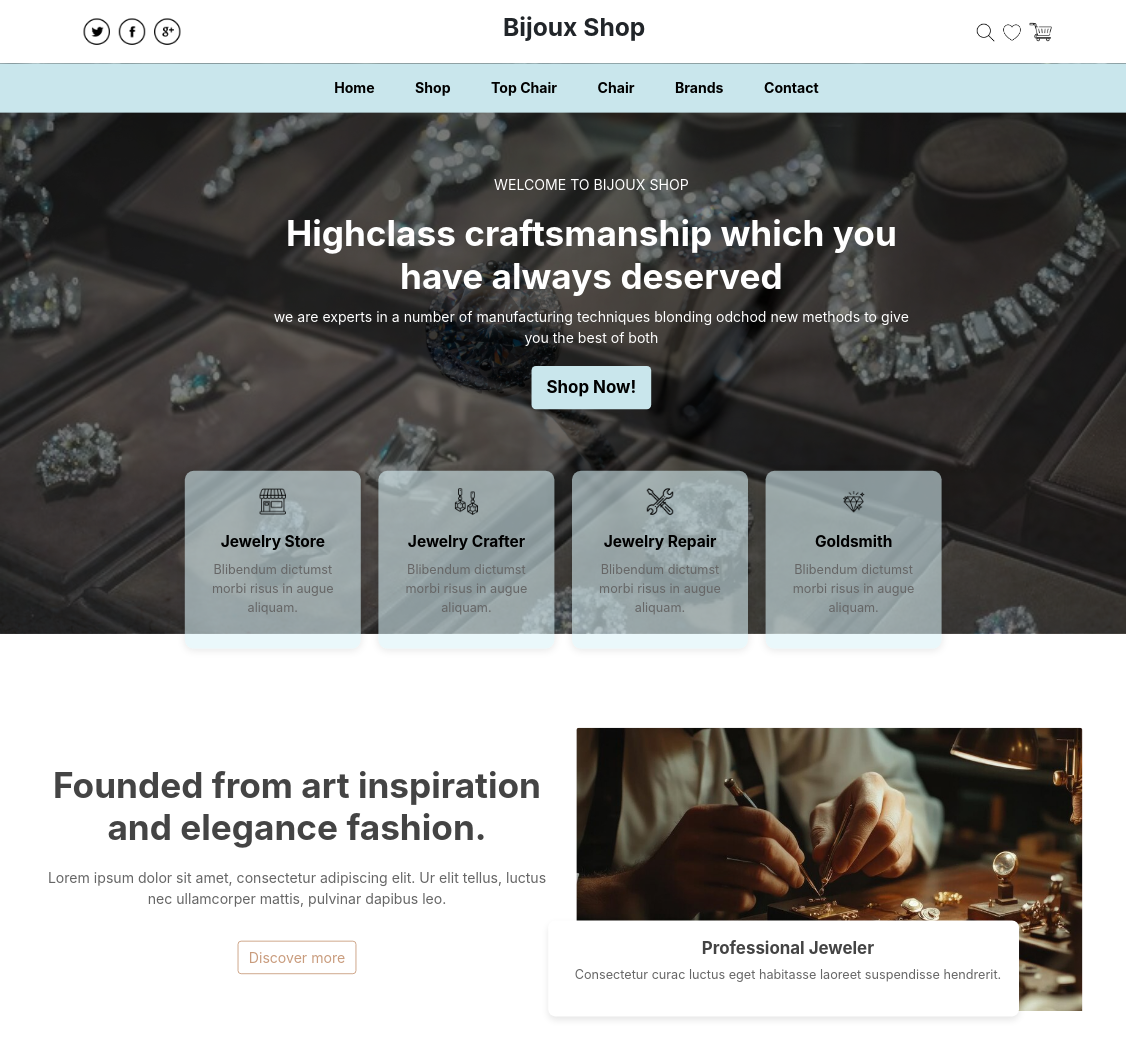
Repository: Manar-Bouallaga/bijoux-frontend-project
Page: /
The author's editor kept a copy of each file at every save. The page is drawn from the files as they stood at one save, then again after a run of saves.
The browser window is 1280 px wide. The page is 1280 px wide, then 1302 px, then 1280 px, so the pictures cover 1302 px, including what lies to the right of the window. The pictures show the whole page, at 88% of full size.
The project was rebuilt for these pictures with package versions that can differ from the ones it lists, and the page was loaded fresh each time.

Above is the page before, as saved 2024-10-14 16:10:32.

After the next 2 saves:
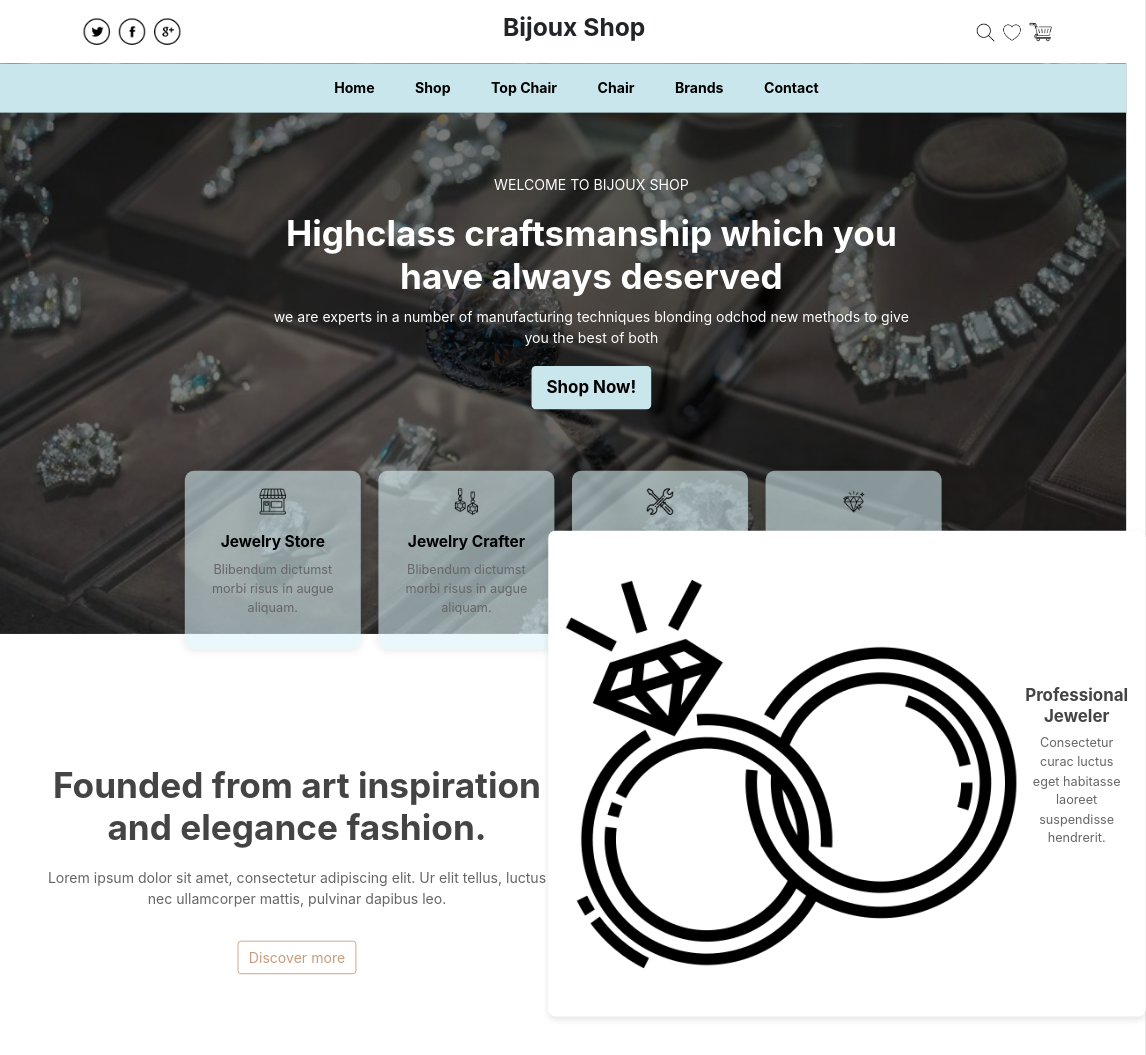
The 2 saves are shown as one change because they came seconds apart.
The last was saved 7 s later.
--- a/src/accueil/JewelrySection.js
+++ b/src/accueil/JewelrySection.js
@@ -21,7 +21,7 @@
               <div className="icon-and-text">
                 <div className="icon">
                   {/* Add icon for jewelry, for example using FontAwesome */}
-                  <img src='./' alt=''/>
+                  <img src='./image/anneaux-de-mariage.png' alt=''/>
                 </div>
                 <div className="text">
                   <h5>Professional Jeweler</h5>

After the 4 saves that followed:
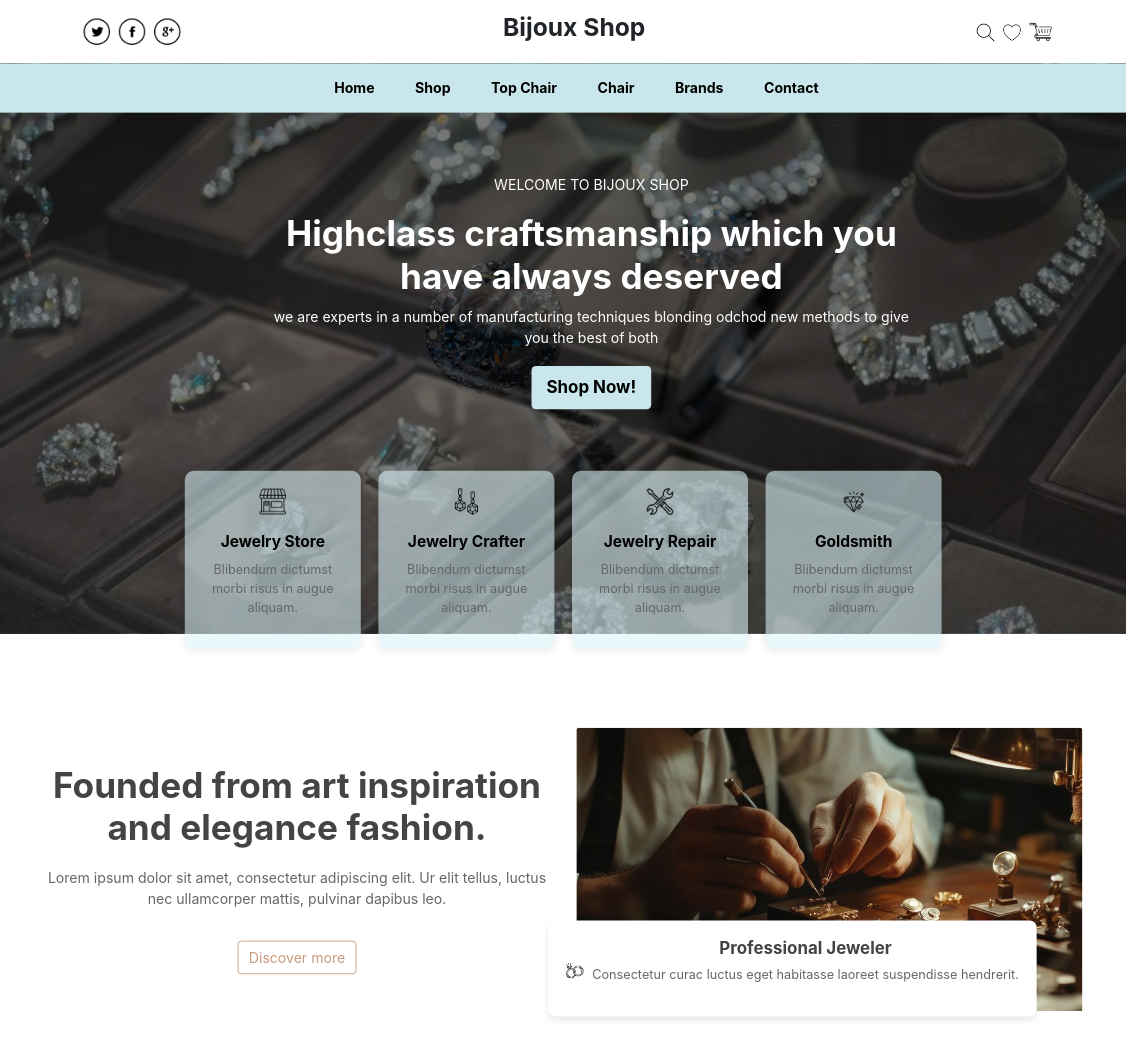
The 4 saves are shown as one change because 2 did not build or start and some came seconds apart.
The last was saved 31 s later.
--- a/src/accueil/JewelrySection.js
+++ b/src/accueil/JewelrySection.js
@@ -21,7 +21,7 @@
               <div className="icon-and-text">
                 <div className="icon">
                   {/* Add icon for jewelry, for example using FontAwesome */}
-                  <img src='./image/anneaux-de-mariage.png' alt=''/>
+                  <img src='./image/anneaux-de-mariage.png' alt='' width={'20px'}/>
                 </div>
                 <div className="text">
                   <h5>Professional Jeweler</h5>
